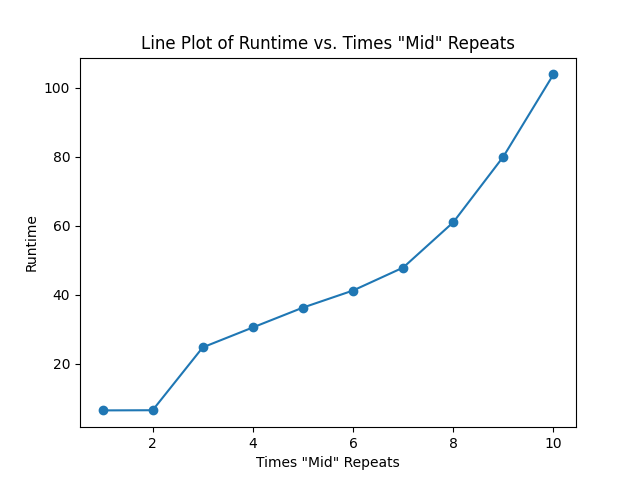
Repository: kingsoneight/CS350-Computer-System
Script's output: python hw7/EVAL/1b.py
The author's editor kept a copy of each file at every save. The script's output is drawn from the files as they stood at one save, then again after the next save.
Random numbers start from a fixed seed.

Above is the script's output before, as saved 2023-12-04 22:12:49.

After the next save:
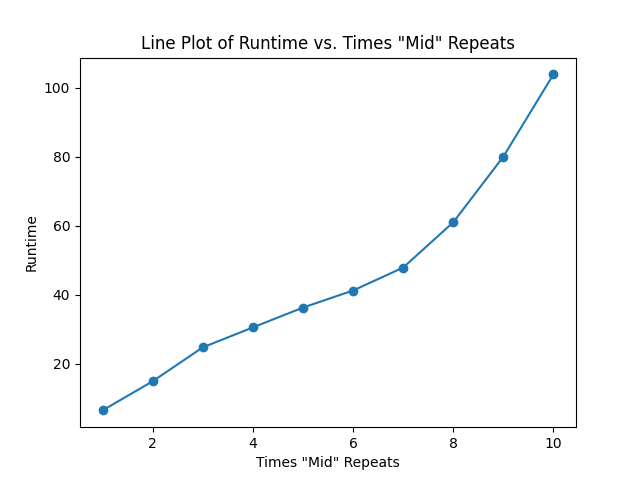
Saved 1 s later.
--- a/hw7/EVAL/1b.py
+++ b/hw7/EVAL/1b.py
@@ -2,7 +2,7 @@ import matplotlib.pyplot as plt
 
 # Sample data (replace with your own data)
 x_values = [1, 2, 3, 4, 5, 6, 7, 8, 9, 10]
-y_values = [6.57, 6.62, 24.81, 30.58, 36.32,
+y_values = [6.57, 15, 24.81, 30.58, 36.32,
             41.26, 47.9, 61, 80, 103.8]
 
 # Create the plot
